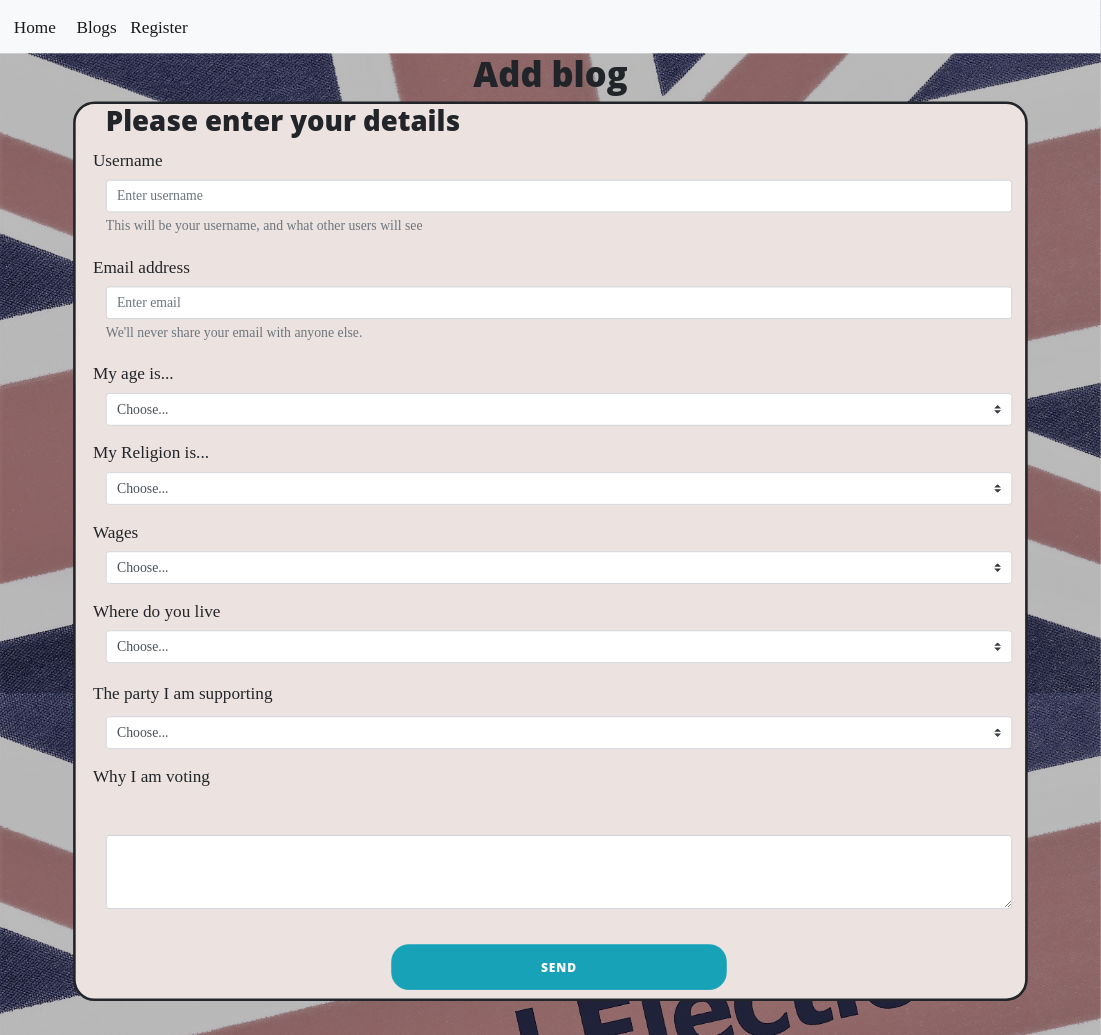
Repository: Rudancy/ms3
Page: http://localhost/add_blog
The author's editor kept a record of every edit. The page is drawn from the files as they stood at one moment, then again after the next edit.
The browser window is 1280 px wide. The pictures show the whole page, at 86% of full size.
Backgrounds fixed to the window are drawn as part of the page. Some web libraries are served in a nearby version. The page is served by the project's application, run on Flask 3 (app.py). Other server files are loaded and not shown. Queries for data that is not in the repository find no rows.

Above is the page before.

### templates/add_blog.html
{% extends 'base.html' %} {% block content %}



<h1>Add blog</h1>

<div class="bd-datainput">
    <div class="container justify-content-center">
        <form action="{{ url_for('insert_blog') }}" method="POST">

            <div class="row mb-1">
                <div class="col-12">
                    <h2>Please enter your details</h2>
                </div>
            </div>
            <div class="row">
                <label for="exampleInputEmail1">Username</label>
            </div>


            <div class="form-row mb-1">
                <div class="col-12">
                    <div class="form-group">

                        <input name="user_name" type="text" class="form-control" id="exampleInputUsername" aria-describedby="username" placeholder="Enter username" required>
                        <small id="userhelp" class="form-text text-muted">This will be your username, and what other users will see</small>
                    </div>
                </div>
            </div>


            <div class="row">
                <label for="exampleInputEmail1" required>Email address</label>
            </div>
            <div class="form-row mb-1">
                <div class="col-12">
                    <div class="form-group">

                        <input type="email" name="user_email" class="form-control" id="exampleInputEmail1" aria-describedby="emailHelp" placeholder="Enter email" required>
                        <small id="emailHelp" class="form-text text-muted">We'll never share your email with anyone else.</small>
                    </div>
                </div>
            </div>


            <div class="row">
                <label for="exampleInputEmail1">My age is...</label>
            </div>
            <div class="form-row">
                <div class="col-12">
                    <div class="input-group mb-3">

                        <select name="user_age" class="custom-select" id="inputGroupSelect02" required>
                        <option selected>Choose...</option>
                        {% for age in ages %}
                        <option value="{{age.age}}">I am {{age.age}} years old</option>
                        {%endfor%}
                    </select>
                    </div>
                </div>
            </div>

            <div class="row">
                <label for="exampleInputEmail1">My Religion is...</label>
            </div>
            <div class="form-row">
                <div class="col-12">
                    <div class="input-group mb-3">


                        <select name="user_religion" class="custom-select" id="inputGroupSelect04">
                        <option selected>Choose...</option>
                        {% for religion in religions %}
                        <option value="{{religion.religion}}">{{religion.religion}}</option>
                        {% endfor %}
                    </select>

                    </div>
                </div>
            </div>



            <div class="row">
                <label for="exampleInputEmail1">Wages</label>
            </div>
            <div class="form-row">
                <div class="col-12">
                    <div class="input-group mb-3">

                        <select name="user_wage" class="custom-select" id="inputGroupSelect02">
                        <option selected>Choose...</option>
                        {% for wage in wages %}
                        <option value="{{wage.wage}}">£{{wage.wage}}</option>
                        {%endfor%}
                    </select>
                    </div>
                </div>
            </div>




            <div class="row">
                <label for="exampleInputEmail1">Where do you live</label>
            </div>
            <div class="row mb-1">
                <div class="col-12">
                    <div class="input-group mb-3">



                        <select name="user_region" class="custom-select" id="inputGroupSelect01">

                        <option selected>Choose...</option>
                        {% for region in regions %}
                        <option value="{{region.region}}">{{region.region}}</option>
                        {%endfor%}
                    </select>
                    </div>
                </div>
            </div>






            <div class="row mb-1">
                <label for="exampleInputEmail1">The party I am supporting</label>
            </div>

            <div class="row">
                <div class="col-12">
                    <div class="input-group mb-3">
                        <select name="user_party" class="custom-select" id="inputGroupSelect03">
                        <option selected>Choose...</option>
                        {% for political in parties %}
                        <option value="{{political.political}}">{{political.political}}</option>
                        {%endfor%}
                    </select>
                    </div>
                </div>
            </div>



            <div class="row mb-3">
                <label for="exampleInputEmail1">Why I am voting</label>
            </div>
            <div class="row">
                <div class="col-12">
                    <div class="form-group">
                        <label for="exampleFormControlTextarea1"></label>
                        <textarea name="user_comment" class="form-control" id="exampleFormControlTextarea1" rows="3"></textarea>
                    </div>
                </div>
            </div>
            <div class="row justify-centre">
                <button type="submit" class="btn btn-info btn-block">Send</button>
            </div>






        </form>
    </div>
</div>

{% endblock %}

### templates/base.html
<!DOCTYPE html>
<html lang="en">

<head>
  <meta charset="UTF-8">
  <meta name="viewport" content="width=device-width, initial-scale=1.0">
  <meta http-equiv="X-UA-Compatible" content="ie=edge">
  <title>Document</title>
  <link rel="stylesheet" href="https://cdnjs.cloudflare.com/ajax/libs/font-awesome/5.9.0/css/all.min.css" integrity="sha256-UzFD2WYH2U1dQpKDjjZK72VtPeWP50NoJjd26rnAdUI=" crossorigin="anonymous" />
  <link href="https://stackpath.bootstrapcdn.com/bootstrap/4.3.1/css/bootstrap.min.css" rel="stylesheet" integrity="sha384-ggOyR0iXCbMQv3Xipma34MD+dH/1fQ784/j6cY/iJTQUOhcWr7x9JvoRxT2MZw1T" crossorigin="anonymous">
  <link rel="stylesheet" href="{{url_for('static', filename='css/clean-blog.css')}}" type="text/css" />
  <link rel="stylesheet" href="{{url_for('static', filename='css/style.css')}}" type="text/css" />

</head>

<body>
  <header>
    <nav class="navbar navbar-expand-lg navbar-light bg-light">
      <a class="navbar-brand" href="{{url_for('home')}}">Home</a>
      <button class="navbar-toggler" type="button" data-toggle="collapse" data-target="#navbarSupportedContent" aria-controls="navbarSupportedContent" aria-expanded="false" aria-label="Toggle navigation">
    <span class="navbar-toggler-icon"></span>
  </button>

      <div class="collapse navbar-collapse" id="navbarSupportedContent">
        <ul class="navbar-nav mr-auto">
          <li class="nav-item active">
            <a class="nav-link" href="{{url_for('user_blogs')}}">Blogs <span class="sr-only">(current)</span></a>
          </li>
          <li class="nav-item active">
            <a class="nav-link" href="{{url_for('add_blog')}}">Register <span class="sr-only">(current)</span></a>
          </li>


        </ul>

      </div>
    </nav>

  </header>


<!-- https://pythonise.com/series/learning-flask/flask-message-flashing -->

{% with messages = get_flashed_messages(with_categories=true) %}
    {% if messages %}
        {% for category, message in messages %}
            <div class="alert alert-{{ category }} alert-dismissible fade show" role="alert">
                <span>{{ message }}</span>
                <button type="button" class="close" data-dismiss="alert" aria-label="Close">
                <span aria-hidden="true">&times;</span>
                </button>
            </div>
        {% endfor %}
    {% endif %}
{% endwith %}


  <div class="container">
    {% block content %} {% endblock %}

  </div>

  <script href="https://code.jquery.com/jquery-3.3.1.slim.min.js" integrity="sha384-q8i/X+965DzO0rT7abK41JStQIAqVgRVzpbzo5smXKp4YfRvH+8abtTE1Pi6jizo" crossorigin="anonymous"></script>
  <script href="https://cdnjs.cloudflare.com/ajax/libs/popper.js/1.14.7/umd/popper.min.js" integrity="sha384-UO2eT0CpHqdSJQ6hJty5KVphtPhzWj9WO1clHTMGa3JDZwrnQq4sF86dIHNDz0W1" crossorigin="anonymous"></script>
  <script href="https://stackpath.bootstrapcdn.com/bootstrap/4.3.1/js/bootstrap.min.js" integrity="sha384-JjSmVgyd0p3pXB1rRibZUAYoIIy6OrQ6VrjIEaFf/nJGzIxFDsf4x0xIM+B07jRM" crossorigin="anonymous"></script>
  <script src="{{ url_for('static', filename='vendor/jquery/jquery.min.js') }}"></script>
  <script src="{{ url_for('static', filename='vendor/bootstrap/js/bootstrap.bundle.min.js') }}"></script>

</body>

</html>

### app.py
import os
from flask import Flask, render_template, redirect, request, url_for, session, flash
from flask_pymongo import PyMongo
import datetime
from flask_wtf import FlaskForm
from bson.objectid import ObjectId
from os import path
if path.exists("env.py"):
  import env

app = Flask(__name__)


app.config ["SECRET_KEY"] = os.environ.get('SECRET_KEY')
app.config ["MONGO_URI"] = os.environ.get('MONGO_URI')
app.config["MONGO_DBNAME"] = 'vote_base'

mongo = PyMongo(app)
""""

intial view of project

"""
@app.route('/')
@app.route('/home')
def home():



    return render_template('home.html')




@app.route('/user_blogs')
def user_blogs():

    #read; allows the user to read the blog

    return render_template("user_blogs.html", blogs=mongo.db.user_profile.find())



@app.route('/add_blog', methods=['GET', 'POST'])
def add_blog():


    #finds current information in db and renders in html form


        wages=mongo.db.wages.find()
        regions=mongo.db.regions.find()
        parties=mongo.db.parties.find()
        religions=mongo.db.religion.find()
        ages=mongo.db.age_groups.find()
        comment=mongo.db.user_comment.find()

        return render_template("add_blog.html", comment=comment, ages=ages, regions=regions, wages=wages, parties=parties, religions=religions)



@app.route('/insert_blog', methods=['GET', 'POST'])
def insert_blog():

    #creates user_blog into DB

    now = datetime.datetime.now()

    user_exists = mongo.db.user_profile.find_one({'user_email': request.form['user_email']})

    blog= {
        "user_name":request.form.get("user_name"),
        "user_email":request.form.get("user_email"),
        "user_age":request.form.get("user_age"),
        "user_region":request.form.get("user_region"),
        "user_party":request.form.get("user_party"),
        "user_religion":request.form.get("user_religion"),
        "user_comment":request.form.get("user_comment"),
        "user_wage":request.form.get("user_wage"),
        "user_time":now
        }



    if request.method=="POST":
        if user_exists is None:



            #credit to https://www.youtube.com/watch?v=vVx1737auSE

            blog = request.form.to_dict()
            user_profile = mongo.db.user_profile

            user_profile.insert_one(blog)
            flash("Blog has been logged!", "success")
            return redirect(url_for("user_blogs"))

        else:
            flash("this Email is taken!", "danger")
            return redirect(url_for("add_blog"))


@app.route('/edit_blog/<user_profile_id>')
def edit_blog(user_profile_id):

    #finds current information of user in db and renders in html form

    user = mongo.db.user_profile.find_one({"_id": ObjectId(user_profile_id)})
    all_blogs=mongo.db.user_profile.find()
    wages=mongo.db.wages.find()
    regions=mongo.db.regions.find()
    parties=mongo.db.parties.find()
    religions=mongo.db.religion.find()
    ages=mongo.db.age_groups.find()
    comment=mongo.db.user_comment.find()



    return render_template('edit_blog.html',comment=comment, user=user, blog=all_blogs, ages=ages, regions=regions, wages=wages, parties=parties, religions=religions, user_profile_id=user_profile_id)

@app.route('/update_blog/<user_profile_id>', methods=['POST'])
def update_blog(user_profile_id):

    #updates new information

    user_profile = mongo.db.user_profile
    user_profile.update_one( {'_id': ObjectId(user_profile_id)},
    {'$set':
    {
        'user_name':request.form.get('user_name'),
        'user_email':request.form.get('user_email'),
        'user_age':request.form.get('user_age'),
        'user_region':request.form.get('user_region'),
        'user_party':request.form.get('user_party'),
        'user_religion':request.form.get('user_religion'),
        'user_comment':request.form.get('user_comment'),
        'user_wage':request.form.get('user_wage')
    }})
    return redirect(url_for('user_blogs'))


@app.route('/delete_blog/<user_profile_id>')
def delete_blog(user_profile_id):

    #delete function

    mongo.db.user_profile.remove({'_id': ObjectId(user_profile_id)})
    all_blogs=mongo.db.user_profile.find()


    return redirect(url_for('user_blogs'))







if __name__ == '__main__':
    app.run(host=os.environ.get('IP'),
        port=int(os.environ.get('PORT')),
        debug=True)

### static/css/style.css
@import url('https://fonts.googleapis.com/css?family=Roboto&display=swap');
@import url('https://fonts.googleapis.com/css?family=Marck+Script&display=swap');

/*----------------- mainstyles----------------*/

html {
    background: url('/static/img/Snap-general-election-25417.jpg') no-repeat center center fixed;
    -webkit-background-size: cover;
    -moz-background-size: cover;
    -o-background-size: cover;
    background-size: cover;
}




.main-home {
    background-color: #ece3e0;
    padding: 40px;
    border-radius: 28px;
    margin-bottom: 55px;
}


p {
    font-family: 'Roboto', sans-serif;
    font-weight: 500;
}

p {
    line-height: 1.5;
    margin: 10px 0;
}

/*----------------- user-blog styles----------------*/

.blog-title {
    margin-bottom: 50px;
    margin-top: 50px;
}



.user-borders {
    border-style: solid;
}

.options {
    background-color: red;
    font-size: inherit;
}

.bd-datainput {
    background-color: #ece3e0;
    border-style: solid;
    padding-left: 20px;
    border-radius: 25px;
    margin-bottom: 40px;



}

.data-input-header {
    padding-right: 10px;

}


.output-info {
    margin-left: 30px;

}

.output-info-name {
    padding-top: 12px;
    margin-left: 30px;
}



.blog-output {
    background-color: #ece3e0;
    border-radius: 25px;
    width: 60%;
    border: solid;
    border-color: slategray;
    border-style: double;
}

.user-comment-text {
    font-family: 'Marck Script', cursive;

}



/*-------------------------------------------thumbnail styling--------------------*/

.thumbnail {
    display: block;
    padding: 4px;
    margin-bottom: 20px;
    line-height: 1.42857143;
    background-color: transparent;
    border: 1px solid transparent;
    border-radius: 4px;
    -webkit-transition: border .2s ease-in-out;
    -o-transition: border .2s ease-in-out;
    transition: border .2s ease-in-out;
    text-align: center;

}


thumbnail img {
    text-align: center;
    filter: grayscale(100%);
    transition: transform 2s;
}

.thumbnail img:hover {
    filter: grayscale(0);

    border-color: #f07f03;
}

/*-------------------------------------thumbnail party pics----------------------*/

#conservative-pic,
#SNP-pic,
#labour-pic,
#brexit-pic,
#dup-pic,
#green-pic,
#lib-pic,
#plaid-pic {
    display: inline-block;
    width: 200px;
    height: 200px;
    padding: 4px;
    line-height: 1.42857143;
    background-color: transparent;
    border: 5px solid #797575;
    border-radius: 70px;
    -webkit-transition: all .2s ease-in-out;
    -o-transition: all .2s ease-in-out;
    transition: all .2s ease-in-out;
}

/*-------------------------------------button and hr styling----------------------*/

hr {
    display: block;
    position: relative;
    padding: 0;
    margin: 8px auto;
    height: 0;
    width: 80%;
    max-height: 0;
    font-size: 1px;
    line-height: 0;
    clear: both;
    border: none;
    border-top: 1px solid #aaaaaa;
    border-bottom: 1px solid #ffffff;
    margin-bottom: 45px;
}

hr.data-line {
    display: block;
    position: relative;
    padding: 0;
    margin: 8px auto;
    height: 0;
    width: 80%;
    max-height: 0;
    font-size: 1px;
    line-height: 0;
    clear: both;
    border: none;
    border-top: 1px solid #aaaaaa;
    border-bottom: 1px solid #ffffff;

}



.btn-block-home {
    display: block;
    width: 48%;
    margin-bottom: 10px;
    margin-top: 25px;
    margin-left: auto;
    margin-right: auto;
}


.hr-style {
    margin-top: 45px;
}


.bottom-button {
    margin-bottom: 50px;
}

.btn-warning {
    color: #212529;
    background-color: #f7ec90;
    border-color: #ffc107;
}

.btn-block {
    display: block;
    width: 36%;
    margin-bottom: 10px;
    margin-top: 25px;
    margin-left: auto;
    border-radius: 20px;
    margin-right: auto;
}


btn-block-home {
    display: block;
    width: 48%;
    margin-bottom: 10px;
    margin-top: 25px;
    margin-left: auto;
    margin-right: auto;
}




/*----------------- main headings--------------*/

.headings {
    background-color: #ece3e0;
    border-style: solid;
    padding-left: 20px;
    border-radius: 25px;
    margin-bottom: 40px;
    text-align: center;
    margin-left: auto;
    margin-right: auto;
    margin-top: 5px;
    padding-bottom: 7px;
}


.main-text {
    text-align: center;
}


h3,
h1 {
    text-align: center;

}


.main-heading {

    text-align: center;
    margin-bottom: 30px;
}


.sub-heading-logo {
    margin-bottom: 25px;
}

.thumbnail-bg {
    background: antiquewhite;
    border-style: solid;
    margin-left: 0px;
    border-radius: 21px;
}





.modal-heading {
    text-align: center;
}

.modal-content p {}


body {
    margin-bottom: 20px;
    background-color: transparent;
}

@media (min-width: 768px) {
    #conservative-pic,
    #SNP-pic,
    #labour-pic,
    #brexit-pic,
    #dup-pic,
    #green-pic,
    #lib-pic,
    #plaid-pic {
        display: inline-block;
        width: 150px;
        height: 150px;
        padding: 4px;
        line-height: 1.42857143;
        background-color: transparent;
        border: 5px solid #797575;
        border-radius: 70px;
        -webkit-transition: all .2s ease-in-out;
        -o-transition: all .2s ease-in-out;
        transition: all .2s ease-in-out;



    }

Loaded but not shown: static/css/clean-blog.css (411 lines, source omitted)

After the next edit:
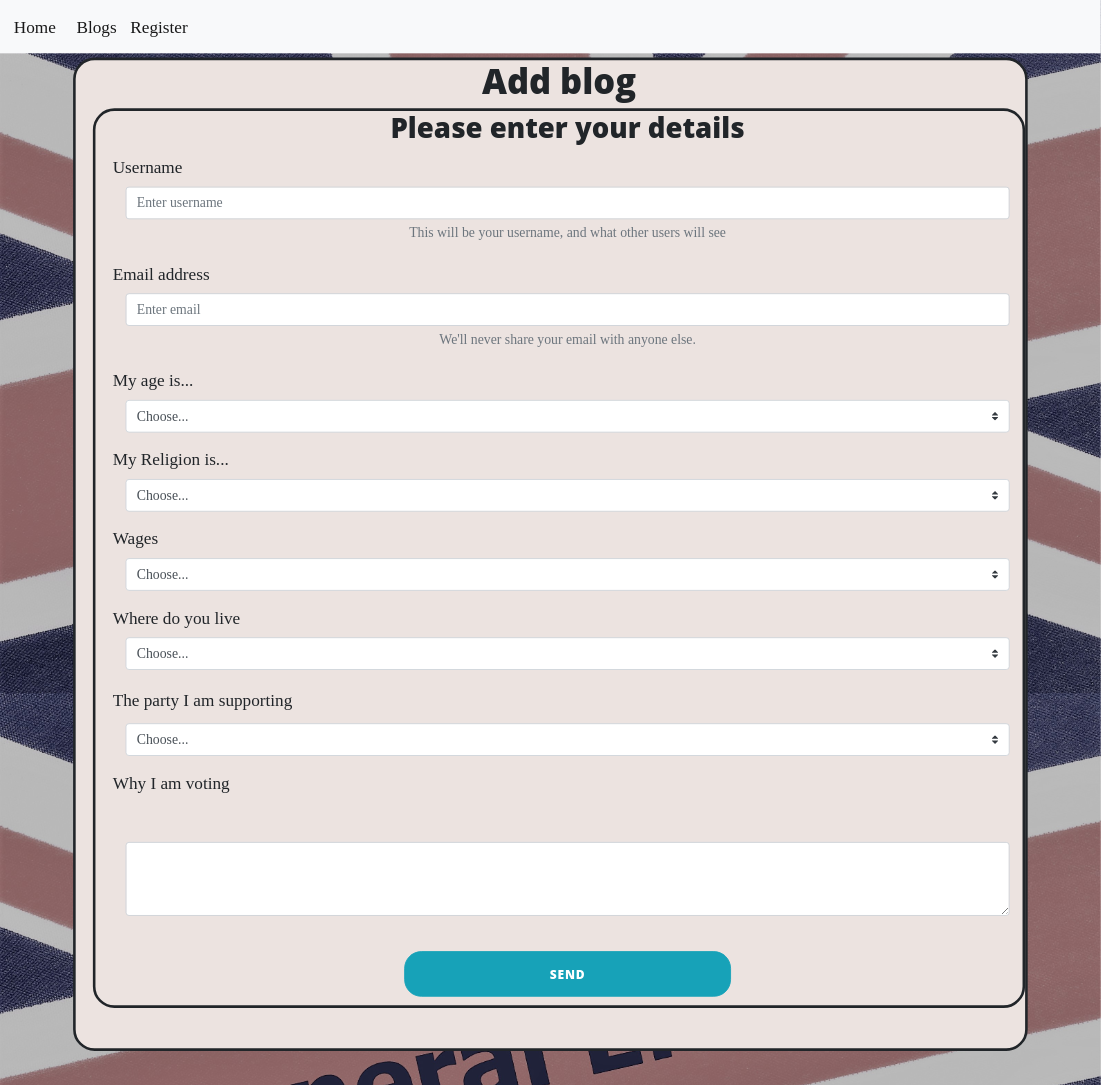
The edit:
--- a/templates/add_blog.html
+++ b/templates/add_blog.html
@@ -1,7 +1,7 @@
 {% extends 'base.html' %} {% block content %}
 
 
-
+<div class="headings">
 <h1>Add blog</h1>
 
 <div class="bd-datainput">
